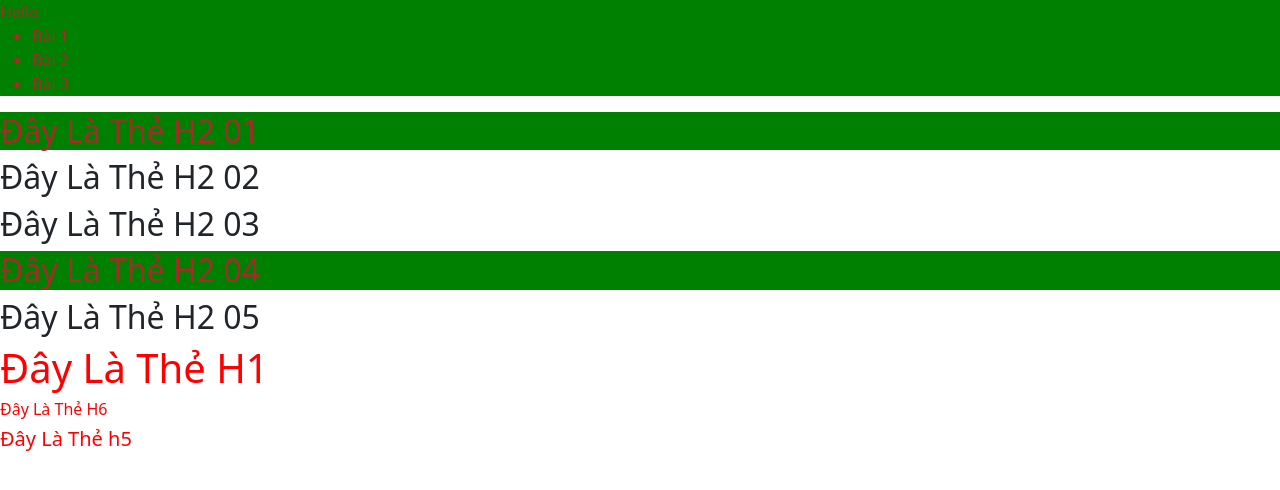
Repository: HuynhDuc23/learn__javascript__basic
Page: lab19/dom.html
These files come from the project's save history. The page is drawn as it stood at one moment and after the next save; the edit follows.
The browser window is 1280 px wide. The pictures show the whole page.

Above is the page before, as saved 2024-01-10 10:21:19.

After the next save:
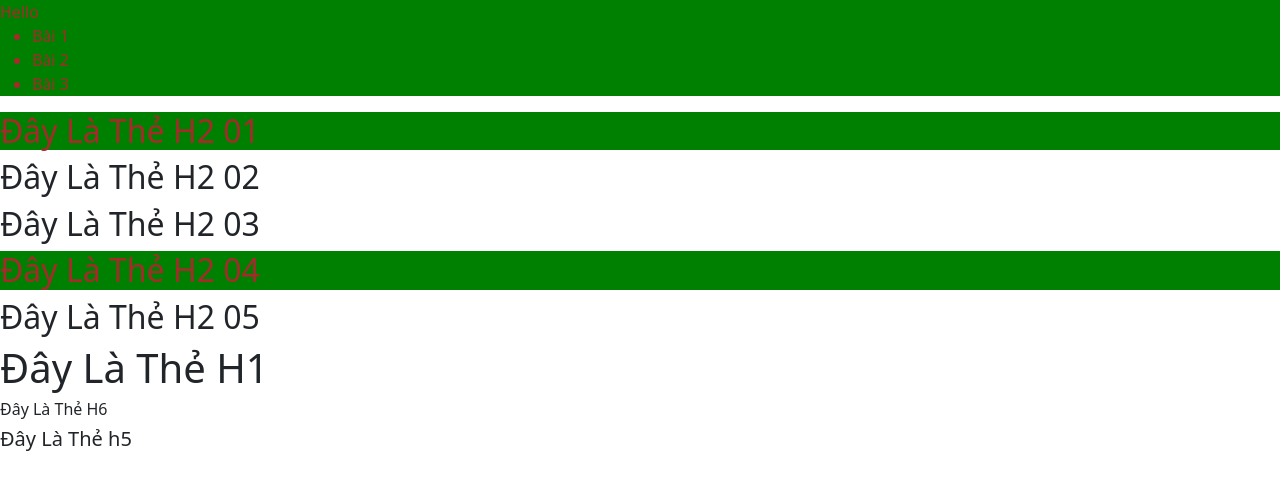
Saved 30 s later.
--- a/lab19/dom.html
+++ b/lab19/dom.html
@@ -57,7 +57,7 @@
              item.classList.add("test-css")
        },);
        for(var i = 0 ; i <  listTest.length ;i++){
-        console.log(listTest[i]);
+        console.log(listTest[i].classList.remove("test-css"));
        }
 
 
